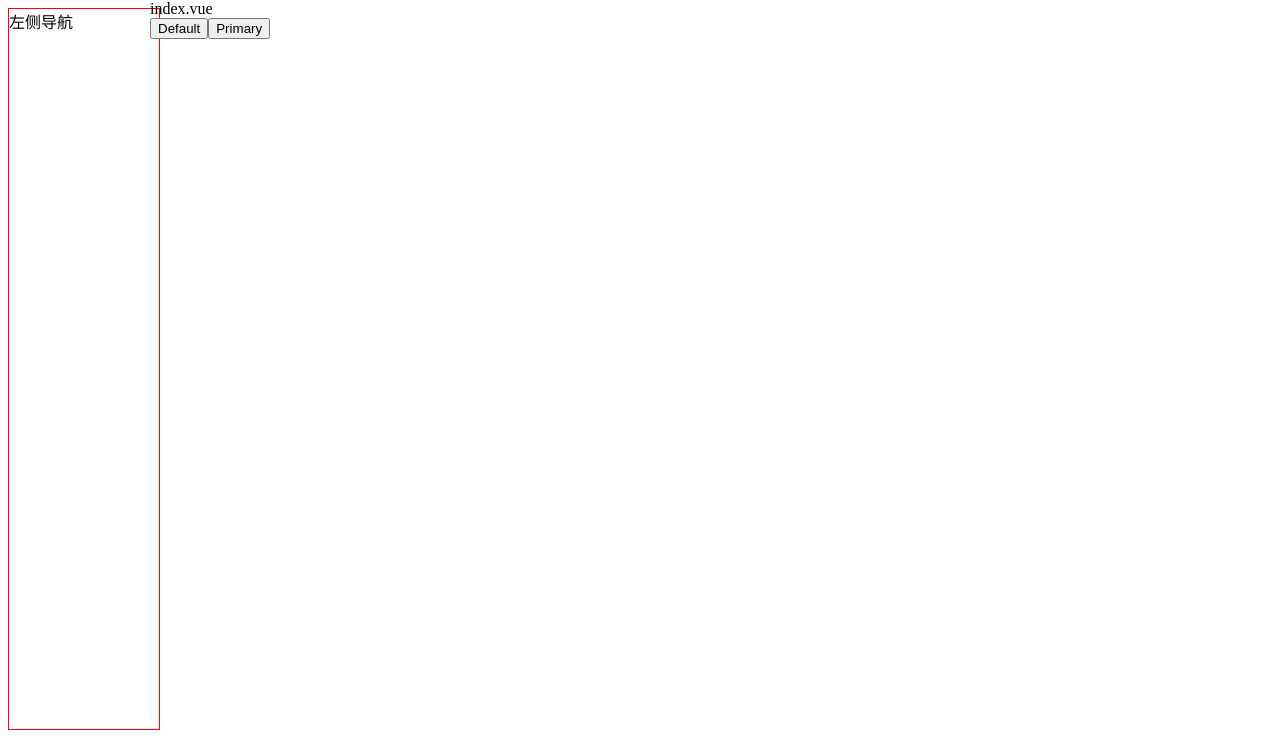
Repository: hanjinning/basicVueProject
Page: /
These files come from the project's save history. The page is drawn as it stood at one moment and after the next save; the edit follows.
The browser window is 1280 px wide. The pictures show the whole page.
The page's requests for data from a server got no answer. The project was rebuilt for these pictures with package versions that can differ from the ones it lists, and the page was loaded fresh each time. No one was signed in, and anything a server would have sent is missing. Also part of the build but not shown: vue.config.js, src/components/HelloWorld.vue, src/views/Home.vue.

Above is the page before, as saved 2021-03-18 10:53:42.

### public/index.html
<!DOCTYPE html>
<html lang="">
  <head>
    <meta charset="utf-8">
    <meta http-equiv="X-UA-Compatible" content="IE=edge">
    <meta name="viewport" content="width=device-width,initial-scale=1.0">
    <link rel="icon" href="<%= BASE_URL %>favicon.ico">
    <title><%= htmlWebpackPlugin.options.title %></title>
    <script src="https://unpkg.com/axios/dist/axios.min.js"></script>
  </head>
  <body>
    <noscript>
      <strong>We're sorry but <%= htmlWebpackPlugin.options.title %> doesn't work properly without JavaScript enabled. Please enable it to continue.</strong>
    </noscript>
    <div id="app"></div>
    <!-- built files will be auto injected -->
  </body>
</html>

### src/App.vue
<template>
  <div id="app">
    <!-- <div id="nav">
      <router-link to="/">Home</router-link> |
      <router-link to="/about">About</router-link>
    </div>-->
    <leftNav></leftNav>
    <router-view v-if="!$route.meta.keepAlive"/>
  </div>
</template>

<script>
// import router from "./router";
import leftNav from '@/components/leftNav.vue'

import {uploadelf, start, getDisassemble} from '@/api/api'
export default {
  name: "App",
  data: function() {
    return {};
  },
  components:{
    leftNav:leftNav
  },
  mounted() {
    this.loadData();
  },
  created() {
  },
  methods: {
    loadData() {
      // 成功方法1：直接请求
      this.$axios.get("/index/han", {
          params: {"id":1},
          // jsonp: "handleCallback"
        })
        .then(res => {
          console.log('返回成功回调',res.data.data);
        })
        .catch(function(res) {
          console.log("返回失败回调");
          console.log(res);
        });
      // 成功方法2：调用该工厂方法进行请求返回一个对象，再通过对象的then(), catch()方法进行后续操作
      // uploadelf().then(resp => {
      //   console.log('uploadelf --->', resp.data.data);
      // }).catch(error => {
      //   console.log(error);
      // });
    }
  },
  created: function() {
  }
};
</script>

<style lang="scss" scoped>
</style>

### src/router/index.js
import App from '../App'
import Vue from 'vue'
import VueRouter from 'vue-router'
import Home from '../views/Home.vue'
import data from './data.js'
// import axios from 'axios'
import store from '../store'
import VueAxios from 'vue-axios'
import qs from 'qs'

Vue.use(VueRouter,VueAxios,axios)
Vue.prototype.$qs = qs;
Vue.prototype.$axios = axios;

axios.defaults.baseURL = 'http://localhost:8360' // 'http://localhost:8360'

const router = new VueRouter({
  mode: 'history',
  routes: data
  // [
  //   {
  //     path: '/',
  //     component: App,
  //     children: data
  //   }
  // ]
})

// export default {router, store,axios}
export default router

### src/components/leftNav.vue
<template>
<div id="leftNav">
    左侧导航
</div>
</template>

<script>

</script>

<style scoped lang="scss">
#leftNav{
    width: 150px;
    height:100vh;
    // background: pink;
    border: 1px solid red;
    position: relative;
    left: 0;
    top: 0;
}
</style>

### src/api/api.js
// src/api/api.js
// import axios from 'axios'

// 允许跨域携带cookie
axios.defaults.withCredentials = true;

export const uploadelf = () => {
    return axios.request({
        method: 'get',// post
        url:'http://127.0.0.1:8360/index/han'
        // url: 'http://xxxxx.xxx/api/uploadelf'
    })
}

export const start = () => {
    return axios.request({
        method: 'get',
        // url: 'http://xxxxx.xxx/api/start'
    })
}

export const getDisassemble = (funName = 'main') => {
    return axios.request({
        method: 'post',
        // url: 'http://xxxxx.xxx/api/disassemble',
        data: {
            // funName
        }
    })
}

### src/router/data.js
let firstPage = [
  {
    path:'/meme',
    name:'Home',
    component:() => import('@/views/Home.vue'),
  }
]
let root = [
  {
    path:'/index',
    component:() => import('@/views/Home.vue')
  },
  {
    path:'/About',
    component:() => import('@/views/About.vue')
  }
]
export default [
  {
    path:'/',
    component:()=> import('@/views/index.vue'),
    children:[...root]
  },
  // ...root
]

### src/views/index.vue
<template>
<div id="index">
    <div>index.vue</div>
    <Button>Default</Button>
    <Button type="primary">Primary</Button>
</div>
</template>

<style lang="scss" scoped>
#index{
    width: calc(100% - 160px);
    // border: 1px solid red;
    position: absolute;
    left: 150px;
    top: 0px;
}
</style>

Loaded but not shown: src/main.js (common file); src/store/index.js (common file)

After the next save:
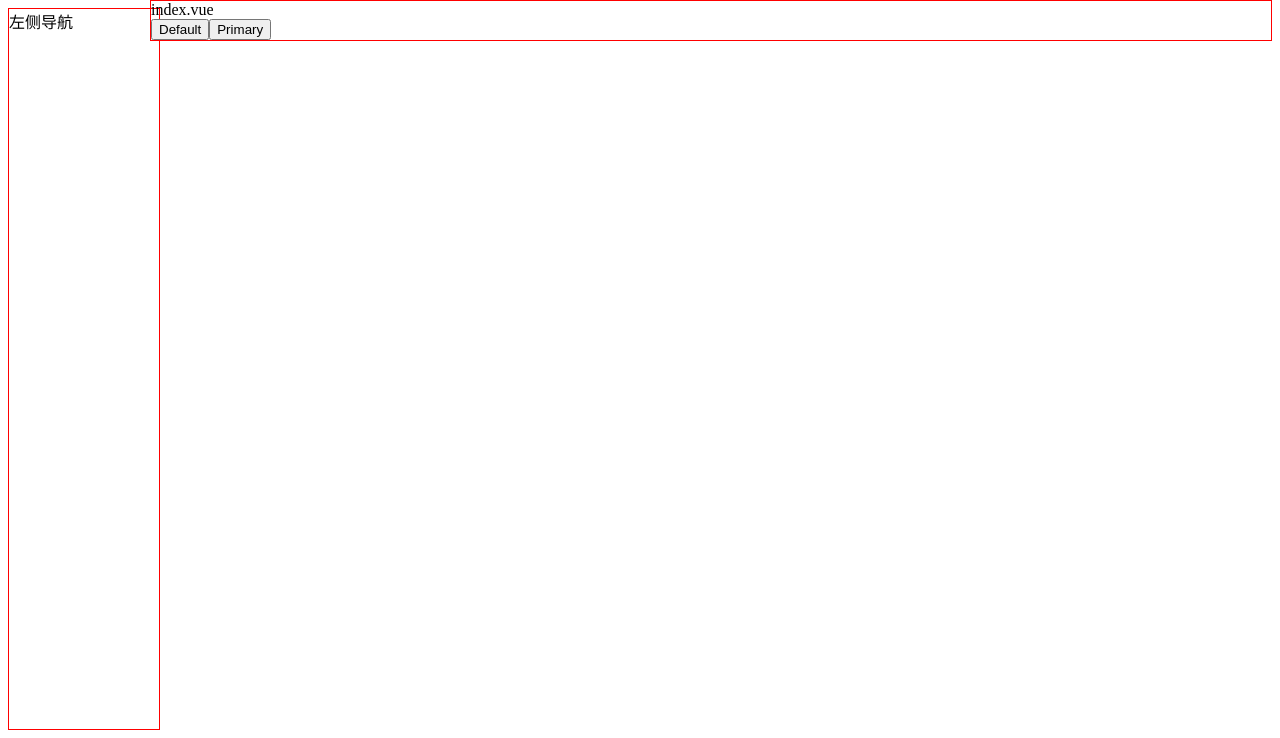
Saved 4 s later.
--- a/src/views/index.vue
+++ b/src/views/index.vue
@@ -9,7 +9,7 @@
 <style lang="scss" scoped>
 #index{
     width: calc(100% - 160px);
-    // border: 1px solid red;
+    border: 1px solid red;
     position: absolute;
     left: 150px;
     top: 0px;
